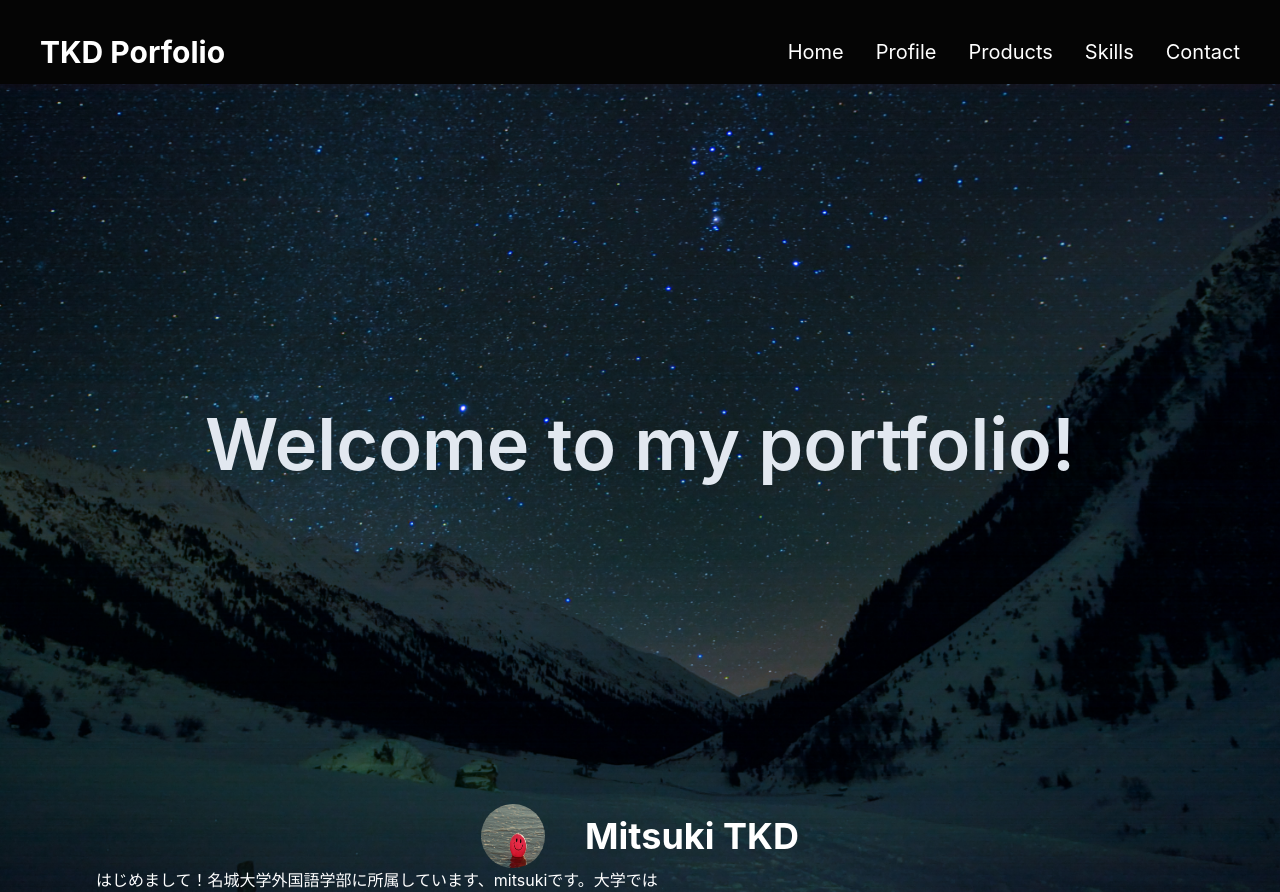
Repository: MitukiTakada/todo-aplication
Page: / (app in design/dev/react-tailwind/react-tailwind/)
The author's editor kept a copy of each file at every save. The page is drawn from the files as they stood at one save, then again after a run of saves.
The browser window is 1280 px wide. The pictures show the whole page.
The project was rebuilt for these pictures with package versions that can differ from the ones it lists, and the page was loaded fresh each time. Also part of the build but not shown: design/dev/react-tailwind/react-tailwind/src/components/Contact.jsx, design/dev/react-tailwind/react-tailwind/src/components/Products.jsx, design/dev/react-tailwind/react-tailwind/src/components/Profile.jsx, design/dev/react-tailwind/react-tailwind/src/components/Skills.jsx.

Above is the page before, as saved 2022-11-19 15:05:22.

### design/dev/react-tailwind/react-tailwind/public/index.html
<!DOCTYPE html>
<html lang="en">
  <head>
    <meta charset="utf-8" />
    <link rel="icon" href="%PUBLIC_URL%/favicon.ico" />
    <meta name="viewport" content="width=device-width, initial-scale=1" />
    <meta name="theme-color" content="#000000" />
    <meta
      name="description"
      content="Web site created using create-react-app"
    />
    <link rel="apple-touch-icon" href="%PUBLIC_URL%/logo192.png" />
    <link rel ="stylesheet" href="https://cdnjs.cloudflare.com/ajax/libs/font-awesome/5.15.3/css/all.min.css">
    <!--
      manifest.json provides metadata used when your web app is installed on a
      user's mobile device or desktop. See https://developers.google.com/web/fundamentals/web-app-manifest/
    -->
    <link rel="manifest" href="%PUBLIC_URL%/manifest.json" />
    <!--
      Notice the use of %PUBLIC_URL% in the tags above.
      It will be replaced with the URL of the `public` folder during the build.
      Only files inside the `public` folder can be referenced from the HTML.

      Unlike "/favicon.ico" or "favicon.ico", "%PUBLIC_URL%/favicon.ico" will
      work correctly both with client-side routing and a non-root public URL.
      Learn how to configure a non-root public URL by running `npm run build`.
    -->
    <title>React App</title>
  </head>
  <body>
    <noscript>You need to enable JavaScript to run this app.</noscript>
    <div id="root"></div>
    <!--
      This HTML file is a template.
      If you open it directly in the browser, you will see an empty page.

      You can add webfonts, meta tags, or analytics to this file.
      The build step will place the bundled scripts into the <body> tag.

      To begin the development, run `npm start` or `yarn start`.
      To create a production bundle, use `npm run build` or `yarn build`.
    -->
  </body>
</html>

### design/dev/react-tailwind/react-tailwind/src/index.jsx
import React from 'react';
import ReactDOM from 'react-dom/client';
import './index.css';
import App from './App';
import reportWebVitals from './reportWebVitals';
import { BrowserRouter } from 'react-router-dom';
import { ChakraProvider } from '@chakra-ui/provider';

const root = ReactDOM.createRoot(document.getElementById('root'));
root.render(
  <React.StrictMode>
    <BrowserRouter>
        <ChakraProvider>
          <App />
        </ChakraProvider>
    </BrowserRouter>
  </React.StrictMode>
);

// If you want to start measuring performance in your app, pass a function
// to log results (for example: reportWebVitals(console.log))
// or send to an analytics endpoint. Learn more: https://bit.ly/CRA-vitals
reportWebVitals();

### design/dev/react-tailwind/react-tailwind/src/App.jsx
import { BrowserRouter, Routes, Route } from "react-router-dom";
import Contact from "./components/Contact";
import Header from "./components/Header";
import Home from "./components/Home";
import Products from "./components/Products";
import Profile from "./components/Profile";
import Skills from "./components/Skills";


function App() {
  return (
    <div className=" bg-body  text-white w-full sm:px-0 pt-5">
     <Header />
      <Routes>
        <Route path="/" element={<Home />}/>
        <Route path="/prfole" element={<Profile />}/>
        <Route path="products" element={<Products />}/>
        <Route path="/skills" element={<Skills />}/>
        <Route path="/contact" element={<Contact />}/>
      </Routes>
    </div>
  );
}

export default App;

### design/dev/react-tailwind/react-tailwind/src/components/Header.jsx
import React from 'react'
import { Link } from 'react-router-dom'
import "./output.css"
import Hamburger from './atoms/Hamburger'

const Header = () => {
  return (
    <header className="container flex justify-between  w-full items-center mr-0 relative h-16 px-10">
      <div>
        <h2 className="text-2xl font-bold md:text-3xl">TKD Porfolio</h2>
      </div>
      <nav className="flex space-x-8 text-xl ml-8 items-center hidden md:block">
        <Link to={"/"} className="link">Home</Link>
        <Link to={"/profile"} className="link">Profile</Link>
        <Link to={"/products"} className="link">Products</Link>
        <Link to={"/skills"} className="link">Skills</Link>
        <Link to={"/contact"} className="link">Contact</Link>
      </nav>
      <Hamburger className="md:hidden absolute right-3"/>
    </header>
  )
}

export default Header

### design/dev/react-tailwind/react-tailwind/src/components/Home.jsx
import React from 'react'
import mainImage from "../images/main-image.jpeg"
import "./Home.css";
import userImage from "../images/user.jpg"

const Home = () => {
  return (
    <div className="home ">
      <div className="items-center ">
        <h1 className=" font-semibold text-3xl 100v text-center text-slate-200 lg:text-7xl md:text-5xl">Welcome to my portfolio!</h1>
      </div>
      <div className="px-24">
        <div className="flex space-x-10 justify-center items-center">
          <img src={userImage} alt="" className="h-16 w-16 rounded-full"/>
          <h2 className="text-2xl md:text-3xl lg:text-4xl font-bold">Mitsuki TKD</h2>
        </div>
        <div>
          <p>
            はじめまして！名城大学外国語学部に所属しています、mitsukiです。大学では
          </p>
          <p></p>
          <p></p>
        </div>
      </div>
    </div>
  )
}

export default Home

### design/dev/react-tailwind/react-tailwind/src/components/output.css
.link {
  @apply hover:text-purple-400 transition-all duration-300;
}
.drawer-link {
  @apply hover:text-purple-400 transition-all duration-300 text-xl block text-center my-3;
}
.contact-btn {
  @apply bg-purple-500 font-bold text-xl px-3 py-2 rounded border-none hover:bg-purple-800 duration-300 transition-all mt-10
}
.secondary-title {
  @apply text-3xl font-bold;
}
.secondary-title::before {
  content: "";
  @apply block w-12 h-2 bg-purple-400 rounded-full mb-1;
}

.section-paragraph {
  @apply text-secondary my-6 w-full max-w-3xl
}

.badge {
  @apply px-4 py-2 text-sm rounded bg-badge block
}

.send-btn {
  @apply bg-teal-400 font-bold text-xl px-3 py-2 rounded border-none hover:bg-teal-600 duration-300 transition-all mt-10
}

### design/dev/react-tailwind/react-tailwind/src/components/atoms/Hamburger.jsx
import React from 'react'
import {
  Drawer,
  DrawerBody,
  DrawerOverlay,
  DrawerContent,
  DrawerCloseButton,
  useDisclosure,
  Button
} from '@chakra-ui/react'
import { Link } from 'react-router-dom';
import { HamburgerIcon } from '@chakra-ui/icons';

const Hamburger = () => {
  const { isOpen, onOpen, onClose } = useDisclosure()
  return (
    <div className="md:hidden">
        <HamburgerIcon h={30} w={30} className="hover:text-purple-400 duration-300 transition-all cursor-pointer"
        onClick={onOpen}
        />
        <Drawer isOpen={isOpen} onClose={onClose} placement="left" size="xs">
          <DrawerOverlay>
            <DrawerContent>
              <DrawerBody className="w-2/5 bg-slate-200 h-full p-12">
                <div className="z-20 space-y-5 text-xl">
                  <Link to={"/"} className="link drawer-link">Home</Link>
                  <Link to={"/profile"} className="link drawer-link">Profile</Link>
                  <Link to={"/products"} className="link drawer-link">Products</Link>
                  <Link to={"/skills"} className="link drawer-link">Skills</Link>
                  <Link to={"/contact"} className="link drawer-link">Contact</Link>
                  <DrawerCloseButton className="text-white text-md  p-2 rounded mt-15 mx-auto bg-red-400 transition-all duration-300 hover:bg-red-700 ">閉じる</DrawerCloseButton>
                </div>
              </DrawerBody>
            </DrawerContent>
          </DrawerOverlay>
        </Drawer>
      </div>
  )
}

export default Hamburger

### design/dev/react-tailwind/react-tailwind/src/components/Home.css
.home {
  background-image: url(../images/mountain.jpeg);
  background-position: center;
  background-size: cover;
  height: 100%;
  width: 100%;
}

.home h1 {
  line-height: 100vh;
  align-items: center;
}

### design/dev/react-tailwind/react-tailwind/tailwind.config.js
/** @type {import('tailwindcss').Config} */
module.exports = {
  content: [
    "./src/**/*.{js,jsx,ts,tsx}",
  ],
  theme: {
    extend: {

      colors: {
        body: "#050505",
        secondary: "#9191A4",
        badge: "#3F3F51"
      },
      lineHeight: {
        "100v": "100vh"
      }
    },
  },
  plugins: [],
}

Loaded but not shown: design/dev/react-tailwind/react-tailwind/src/index.css (common file); design/dev/react-tailwind/react-tailwind/src/reportWebVitals.js (common file)

After the next 3 saves:
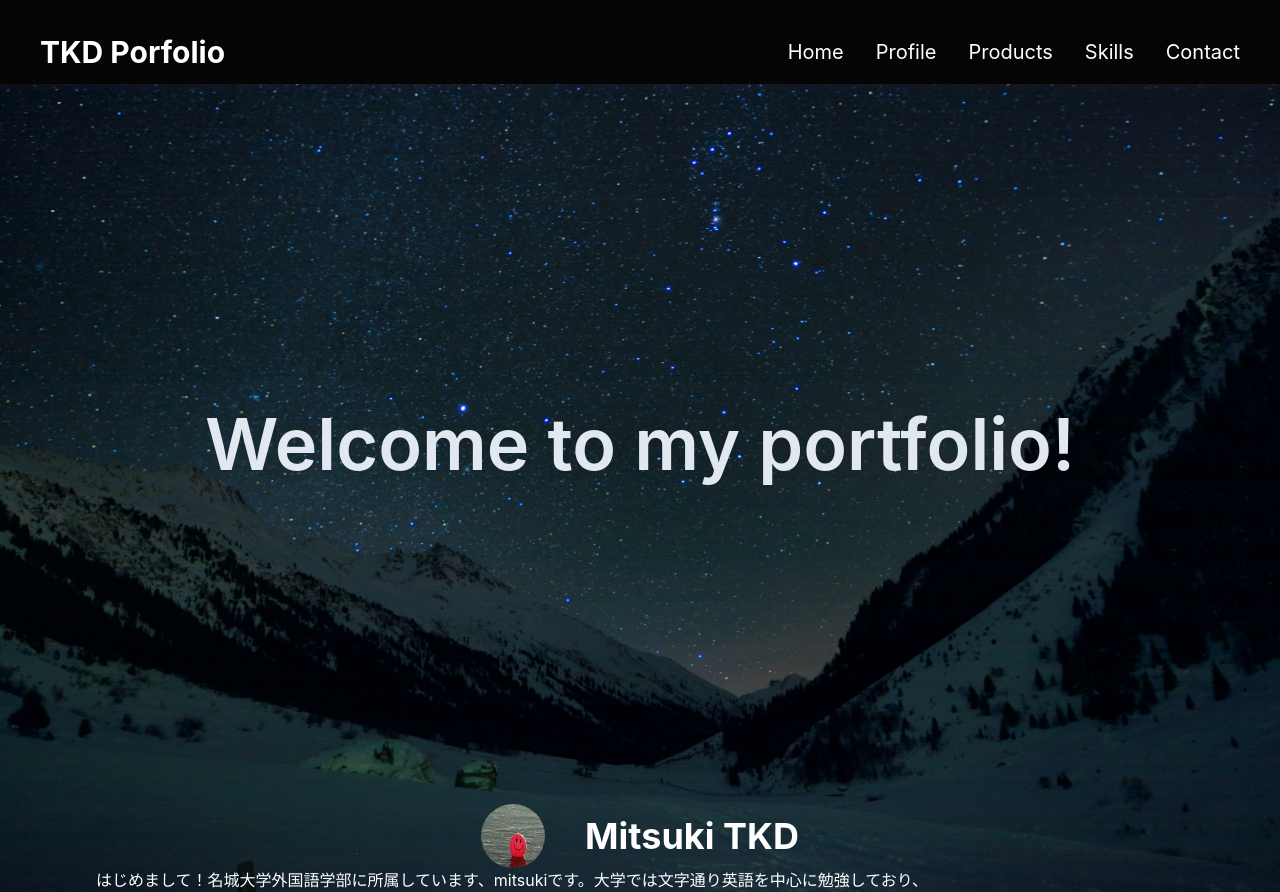
The 3 saves are shown as one change because they came seconds apart.
The last was saved 14 s later.
--- a/design/dev/react-tailwind/react-tailwind/src/components/Home.jsx
+++ b/design/dev/react-tailwind/react-tailwind/src/components/Home.jsx
@@ -16,7 +16,7 @@ const Home = () => {
         </div>
         <div>
           <p>
-            はじめまして！名城大学外国語学部に所属しています、mitsukiです。大学では
+            はじめまして！名城大学外国語学部に所属しています、mitsukiです。大学では文字通り英語を中心に勉強しており、
           </p>
           <p></p>
           <p></p>
